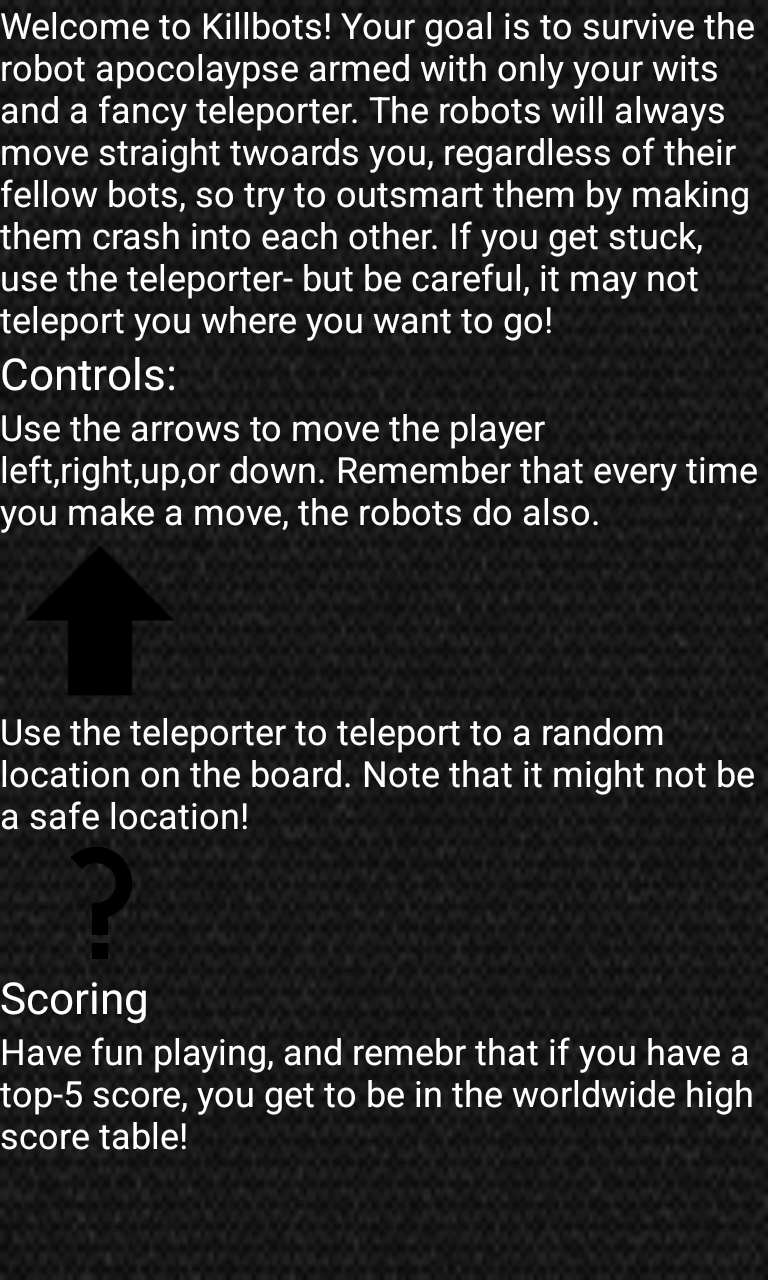
Repository: Tacohen/Killbots
Layout: Killbots/res/layout/how_to_play.xml
An editor plug-in stored every save of this project. The layout is shown before and after a run of saves, followed by the edit.
It is drawn on a 768 x 1280 px phone screen (xhdpi) without system bars, with theme AppTheme; the app's code is not run.

Above is the layout before, as saved 2013-12-09 02:07:20.

### Killbots/res/layout/how_to_play.xml
<?xml version="1.0" encoding="utf-8"?>
<ScrollView xmlns:android="http://schemas.android.com/apk/res/android"
    android:layout_width="fill_parent"
    android:layout_height="fill_parent"
    android:background="@drawable/binding_dark"
    >
	<LinearLayout
    	android:orientation="vertical"
    	android:layout_width="fill_parent"
    	android:layout_height="fill_parent"
        android:stretchColumns="1">

    <TextView
        android:id="@+id/overviewText"
        android:layout_width="wrap_content"
        android:layout_height="wrap_content"
        android:textColor="#FFFFFF"
        android:text="Welcome to Killbots! Your goal is to survive the robot apocolaypse armed with only your wits and a fancy teleporter. The robots will always move straight twoards you, regardless of their fellow bots, so try to outsmart them by making them crash into each other. If you get stuck, use the teleporter- but be careful, it may not teleport you where you want to go!"
        android:textAppearance="?android:attr/textAppearanceMedium" />

    <TextView
        android:id="@+id/controlsText"
        android:layout_width="wrap_content"
        android:layout_height="wrap_content"
        android:textColor="#FFFFFF"
        android:text="Controls:"
        android:textAppearance="?android:attr/textAppearanceLarge" />

    <TextView
        android:id="@+id/arrowsText"
        android:layout_width="wrap_content"
        android:layout_height="wrap_content"
        android:textColor="#FFFFFF"
        android:text="Use the arrows to move the player left,right,up,or down. Remember that every time you make a move, the robots do also."
        android:textAppearance="?android:attr/textAppearanceMedium" />

    <ImageView
        android:id="@+id/upArrow"
        android:layout_width="100dip"
        android:layout_height="fill_parent"
        android:src="@drawable/up_arrow"/>

    <TextView
        android:id="@+id/teleporterText"
        android:layout_width="wrap_content"
        android:layout_height="wrap_content"
        android:textColor="#FFFFFF"
        android:text="Use the teleporter to teleport to a random location on the board. Note that it might not be a safe location!"
        android:textAppearance="?android:attr/textAppearanceMedium" />

    <ImageView
        android:id="@+id/questionMark"
        android:layout_width="100dip"
        android:layout_height="fill_parent"
        android:src="@drawable/questionmark"/>

    <TextView
        android:id="@+id/scoringText"
        android:layout_width="wrap_content"
        android:layout_height="wrap_content"
        android:textColor="#FFFFFF"
        android:text="Scoring"
        android:textAppearance="?android:attr/textAppearanceLarge" />

    <TextView
        android:id="@+id/highScoresInfoText"
        android:layout_width="wrap_content"
        android:layout_height="wrap_content"
        android:textColor="#FFFFFF"
        android:text="Have fun playing, and remebr that if you have a top-5 score, you get to be in the worldwide high score table!"
        android:textAppearance="?android:attr/textAppearanceMedium" />


</LinearLayout>
</ScrollView>

Loaded but not shown: Killbots/res/values/styles.xml (common file); Killbots/res/values-v11/styles.xml (common file); Killbots/res/values-v14/styles.xml (common file)

After the next 2 saves:
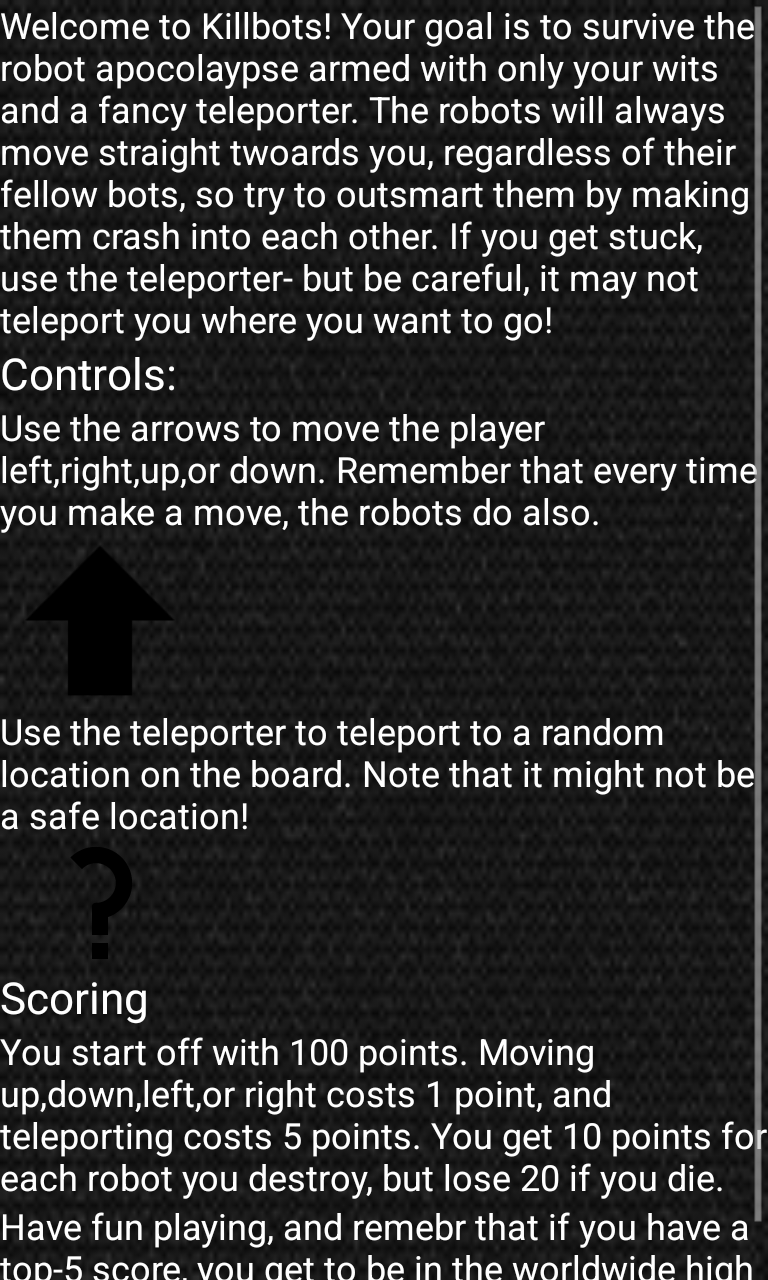
The 2 saves are shown as one change because 1 did not build or start.
The last was saved 2 min 20 s later.
--- a/Killbots/res/layout/how_to_play.xml
+++ b/Killbots/res/layout/how_to_play.xml
@@ -63,6 +63,14 @@
         android:textAppearance="?android:attr/textAppearanceLarge" />
 
     <TextView
+        android:id="@+id/scoringDetailsText"
+        android:layout_width="wrap_content"
+        android:layout_height="wrap_content"
+        android:textColor="#FFFFFF"
+        android:text="You start off with 100 points. Moving up,down,left,or right costs 1 point, and teleporting costs 5 points. You get 10 points for each robot you destroy, but lose 20 if you die."
+        android:textAppearance="?android:attr/textAppearanceMedium" />
+
+    <TextView
         android:id="@+id/highScoresInfoText"
         android:layout_width="wrap_content"
         android:layout_height="wrap_content"
